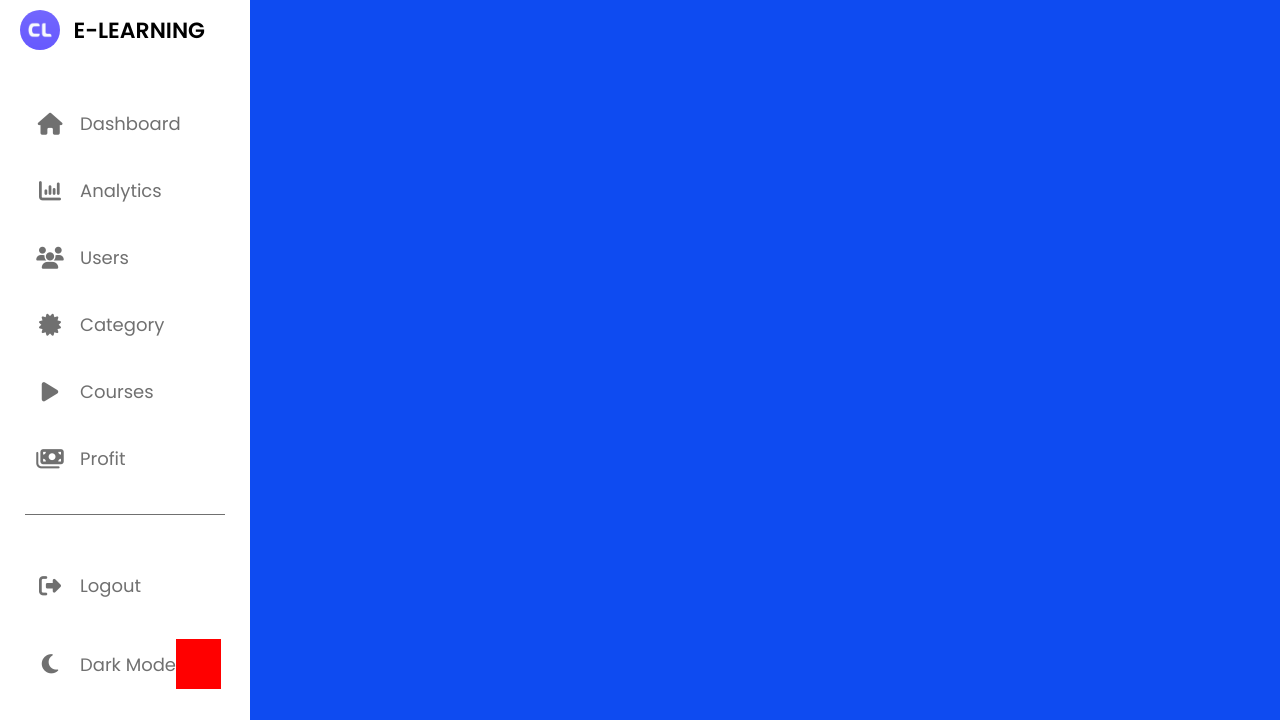
Repository: phamngocthang/practice-html-css
Page: Admin/dist/index.html
These files come from the project's save history. The page is drawn as it stood at one moment and after the next save; the edit follows.
The browser window is 1280 px wide. The pictures show the whole page.
The style sheet was rebuilt from its Sass, Less or Tailwind sources for each picture, by a compiler version that may differ from the author's.

Above is the page before, as saved 2023-10-24 20:14:27.

### Admin/dist/index.html
<!DOCTYPE html>
<html lang="en">
<head>
    <meta charset="UTF-8">
    <meta name="viewport" content="width=device-width, initial-scale=1.0">
    <title>Document</title>
    <link rel="stylesheet" href="css/main.css">
    <link rel="stylesheet" href="https://cdnjs.cloudflare.com/ajax/libs/font-awesome/6.4.2/css/all.min.css" integrity="sha512-z3gLpd7yknf1YoNbCzqRKc4qyor8gaKU1qmn+CShxbuBusANI9QpRohGBreCFkKxLhei6S9CQXFEbbKuqLg0DA==" crossorigin="anonymous" referrerpolicy="no-referrer" />
</head>
<body>
    <nav>
        <div class="logo">
            <div class="logo__image">
                <img src="/Images/logo.png" alt="">
            </div>

            <span class="logo__name">
                E-LEARNING
            </span>
        </div>

        <div class="menu">
            <ul class="menu__link">
                <li class="menu__link__item"><a href="#">
                    <i class="fa-solid fa-house"></i>
                    <span>Dashboard</span>
                </a></li>
                <li class="menu__link__item"><a href="#">
                    <i class="fa-solid fa-chart-column"></i>
                    <span>Analytics</span>
                </a></li>
                <li class="menu__link__item"><a href="#">
                    <i class="fa-solid fa-users"></i>
                    <span>Users</span>
                </a></li>
                <li class="menu__link__item"><a href="#">
                    <i class="fa-solid fa-certificate"></i>
                    <span>Category</span>
                </a></li>
                <li class="menu__link__item"><a href="#">
                    <i class="fa-solid fa-play"></i>
                    <span>Courses</span>
                </a></li>
                <li class="menu__link__item"><a href="#">
                    <i class="fa-solid fa-money-bills"></i>
                    <span>Profit</span>
                </a></li>
            </ul>

            <ul class="menu__link">
                <li class="menu__link__item"><a href="#">
                    <i class="fa-solid fa-right-from-bracket"></i>
                    <span>Logout</span>
                </a></li>

                <li class="menu__link__item menu__link__item--darkmode"><a href="#">
                    <i class="fa-solid fa-moon"></i>
                    <span>Dark Mode</span>
                    <div class="menu__toggle"></div>
                    <span class="menu__switch"></span>
                </a></li>


            </ul>
        </div>
    </nav>
</body>
</html>

### Admin/scss/main.scss
@import url('https://fonts.googleapis.com/css2?family=Poppins:wght@200;300;400;500;600&display=swap');
@import 'variables';
*{
    margin: 0;
    padding: 0;
    box-sizing: border-box;
    font-family: 'Poppins', sans-serif;
}

body {
    min-height: 100vh;
    background-color: $primary-color;
}

nav {
    position: fixed;
    width: 250px;
    height: 100%;
    top: 0;
    left: 0;
    background-color: $panel-color;

    .logo {
        display: flex;
        justify-content: space-between;
        align-items: center;
        &__image {
            min-width: 45px;
            display: flex;
            align-items: center;

            img {
                width: 40px;
                border-radius: 50%;
                object-fit: cover;
            }

        }

        &__name {
            color: $text-color;
            font-weight: 600;
            font-size: 22px;
        }
        padding: 10px 45px 10px 20px;
    }

    .menu {
        height: 100%;
        padding: 30px 20px 30px 20px;
        position: relative;


        &::after {
            content: '';
            left: 50%;
            top: 63%;
            width: 80%;
            height: 0.5px;
            transform: translateX(-50%);
            background-color: $black-light-color;
            position: absolute;
        }

        &__link {
            list-style: none;
            display: flex;
            flex-direction: column;
            align-items: flex-start;


            &:nth-child(1) {
                height: 70%;
            }


            &__item {
                padding: 20px 0;

                a {
                    text-decoration: none;
                    color: $black-light-color;
                    font-size: 18px;
                    display: flex;
                    align-items: center;
                    position: relative;
                    transition: 0.4 ease all;

                    i {
                        min-width: 60px;
                        text-align: center;
                        font-size: 22px;
                    }

                    span {
                        font-weight: 400;
                    }

                    &:hover {
                        color: $primary-color;

                        &::before {
                            content: '';
                            width: 5px;
                            height: 5px;
                            border-radius: 50%;
                            background-color: $primary-color;
                            position: absolute;
                            transition: 0.4 ease all;
                        }
                    }
                }
            }

            &__item--darkmode {
                display: flex;
                align-items: center;
                justify-content: space-between;


                .menu__toggle {
                    height: 50px;
                    min-width: 45px;
                    background-color: red;
                }
            }
        }
    }
}

### Admin/scss/_variables.scss
/* ===== Colors ===== */
$primary-color: #0E4BF1;
$panel-color: #FFF;
$text-color: #000;
$black-light-color: #707070;
$border-color: #e6e5e5;
$toggle-color: #DDD;
$box1-color: #4DA3FF;
$box2-color: #FFE6AC;
$box3-color: #E7D1FC;
$title-icon-color: #fff;

/* ====== Transition ====== */
$tran-05: all 0.5s ease;
$tran-03: all 0.3s ease;
$tran-03: all 0.2s ease;

$font-weights: (
    "light": "300",
    "regular": "400",
    "medium": "500",
    "bold": "600"
);

@function weight($weight-name) {
    @return map-get($map: $font-weights, $key: $weight-name)
}

After the next save:
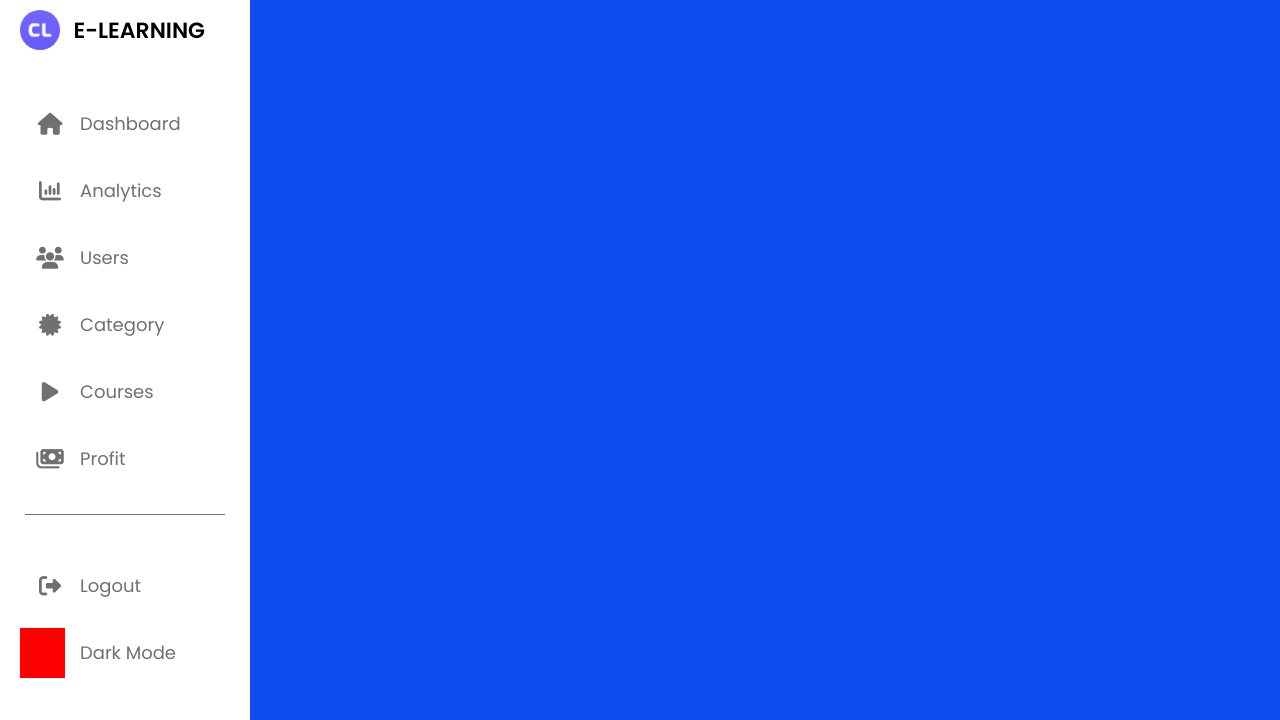
Saved 110 s later.
--- a/Admin/scss/main.scss
+++ b/Admin/scss/main.scss
@@ -116,9 +116,11 @@
                 display: flex;
                 align-items: center;
                 justify-content: space-between;
+                position: relative;
 
 
                 .menu__toggle {
+                    position: absolute;
                     height: 50px;
                     min-width: 45px;
                     background-color: red;

After the 2 saves that followed:
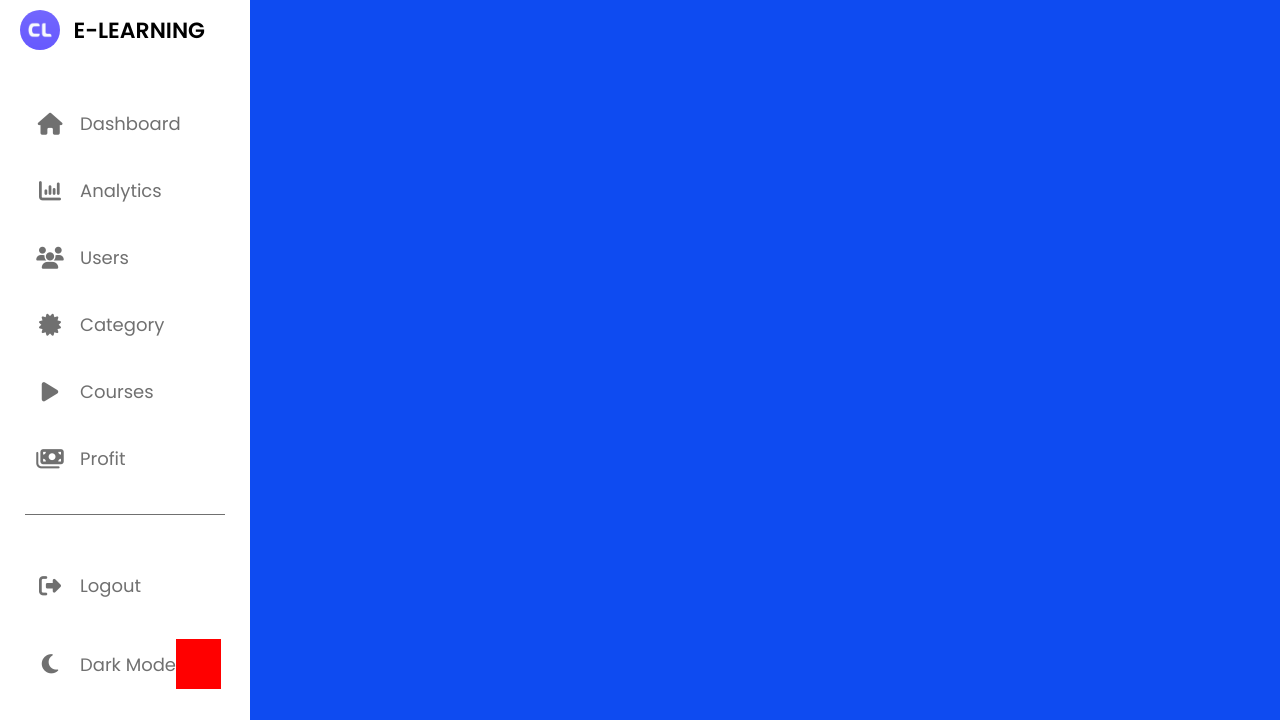
The 2 saves are shown as one change because 1 left the picture as it was.
The last was saved 42 s later.
--- a/Admin/scss/main.scss
+++ b/Admin/scss/main.scss
@@ -47,7 +47,7 @@
 
     .menu {
         height: 100%;
-        padding: 30px 20px 30px 20px;
+        padding: 30px 0px 30px 20px;
         position: relative;
 
 
@@ -116,11 +116,10 @@
                 display: flex;
                 align-items: center;
                 justify-content: space-between;
-                position: relative;
 
 
                 .menu__toggle {
-                    position: absolute;
+
                     height: 50px;
                     min-width: 45px;
                     background-color: red;
